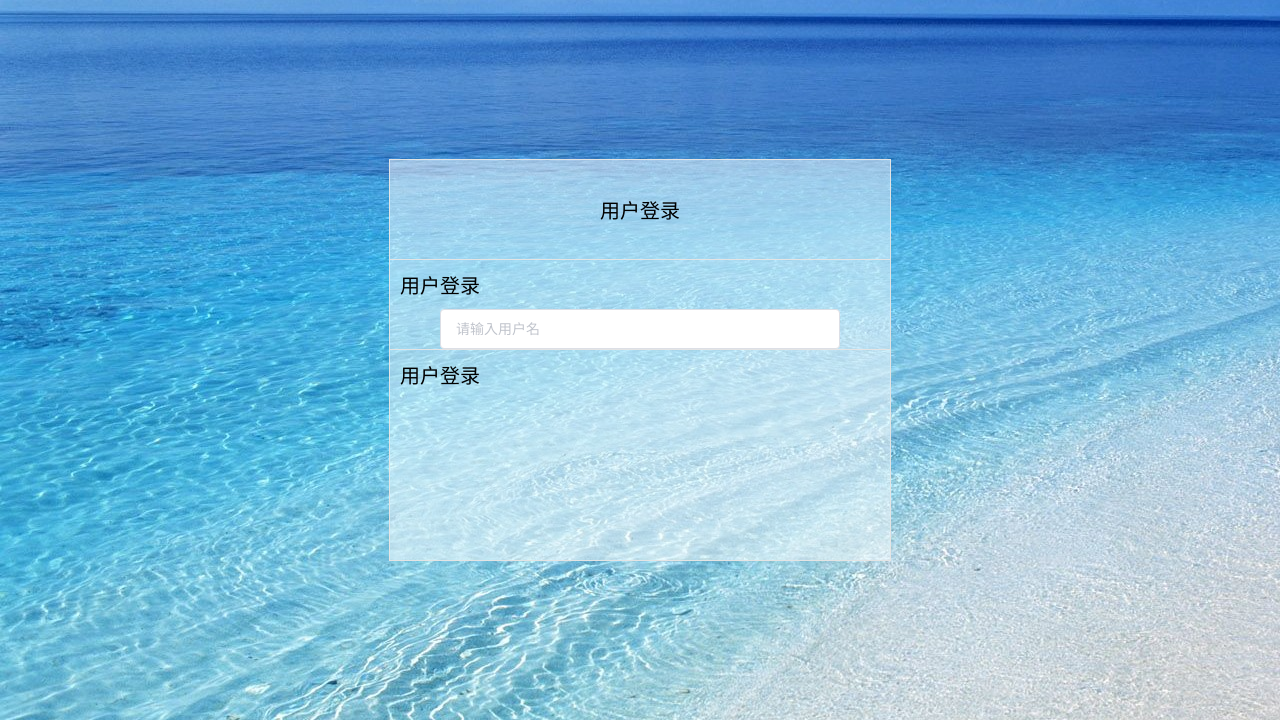
Repository: jinggegeZ/livechat
Page: /login
These files come from the project's save history. The page is drawn as it stood at one moment and after the next save; the edit follows.
The browser window is 1280 px wide. The pictures show the whole page.
The project was rebuilt for these pictures with package versions that can differ from the ones it lists, and the page was loaded fresh each time. Also part of the build but not shown: src/views/Home.vue.

Above is the page before, as saved 2020-08-17 15:16:03.

### src/main.js
import Vue from 'vue'
import App from './App.vue'
import router from './router'
import store from './store'
import ElementUI from 'element-ui';
import 'element-ui/lib/theme-chalk/index.css';

Vue.config.productionTip = false
Vue.use(ElementUI);
new Vue({
  router,
  store,
  render: h => h(App)

}).$mount('#app')

### src/App.vue
<template>
  <div id="app">

    <router-view/>
  </div>
</template>

<style lang="scss">
@import'../src/style/commoent'

</style>

### src/router/index.js
import Vue from 'vue'
import VueRouter from 'vue-router'
import Home from '../views/Home.vue'

Vue.use(VueRouter)

  const routes = [
  {
    path: '/',
    name: 'Home',
    component: Home
  },
  {
    path: '/login',
    name: 'login',
    component: () => import('../views/login.vue')
  }
]

const router = new VueRouter({
  mode: 'history',
  base: process.env.BASE_URL,
  routes
})

export default router

### src/style/commoent.css
*{
    margin: 0;
    padding: 0;
  }
  html {
    width: 100%;
    height: 100%;
  }
  #app {
    width: 100%;
    height: 100%;
  }
  body {
    width: 100%;
    height: 100%;
  }

### src/views/login.vue
<template>
  <div class="content">
    <div class="content-c">
      <div class="loginbox">
        <div class="username">用户登录</div>
        <!-- 用户登录 -->
        <div class="username1">用户登录</div>
        <!-- 用户名 -->
        <div class="input">
          <div class="inputbox">
            <el-input v-model="username" placeholder="请输入用户名"></el-input>
          </div>
        </div>
        <!-- 选择头像 -->
        <div class="username1">用户登录</div>
        <!-- 选择头像 -->
        <div class="imgbox"></div>
      </div>
    </div>
  </div>
</template>

<script>
export default {
  name: "",
  props: {},
  components: {},
  data() {
    return {
      username: "",
    };
  },
  methods: {},
  mounted() {},
  watch: {},
  computed: {},
};
</script>

<style scoped>
.content {
  width: 100%;
  height: 100%;
  display: flex;
  justify-content: center;
  align-items: center;
  background: url("../../public/image/02a28d595dea30839eeaa0fdd15dfce2.jpg")
    no-repeat;
  font-size: 20px;
}
.content-c {
  width: 100%;
  display: flex;
  justify-content: center;
  align-items: center;
}
.loginbox {
  width: 500px;
  height: 400px;
  border: 1px solid rgb(228, 228, 228);
  background: rgba(255, 255, 255, 0.5);
}
.username {
  width: 100%;
  height: 99px;
  display: flex;
  justify-content: center;
  align-items: center;
  border-bottom: 1px solid rgb(228, 228, 228);
}
.username1 {
  width: 100%;
  height: 49px;
  display: flex;
  justify-content: flex-start;
  align-items: center;
  margin-left: 10px;
}
.input {
  width: 100%;
  display: flex;
  justify-content: center;
  align-items: center;
  border-bottom: 1px solid rgb(228, 228, 228);
}
.inputbox {
  width: 80%;
}
.imgbox {
  width: 100%;
}
</style>

Loaded but not shown: public/index.html (common file); src/store/index.js (common file)

After the next save:
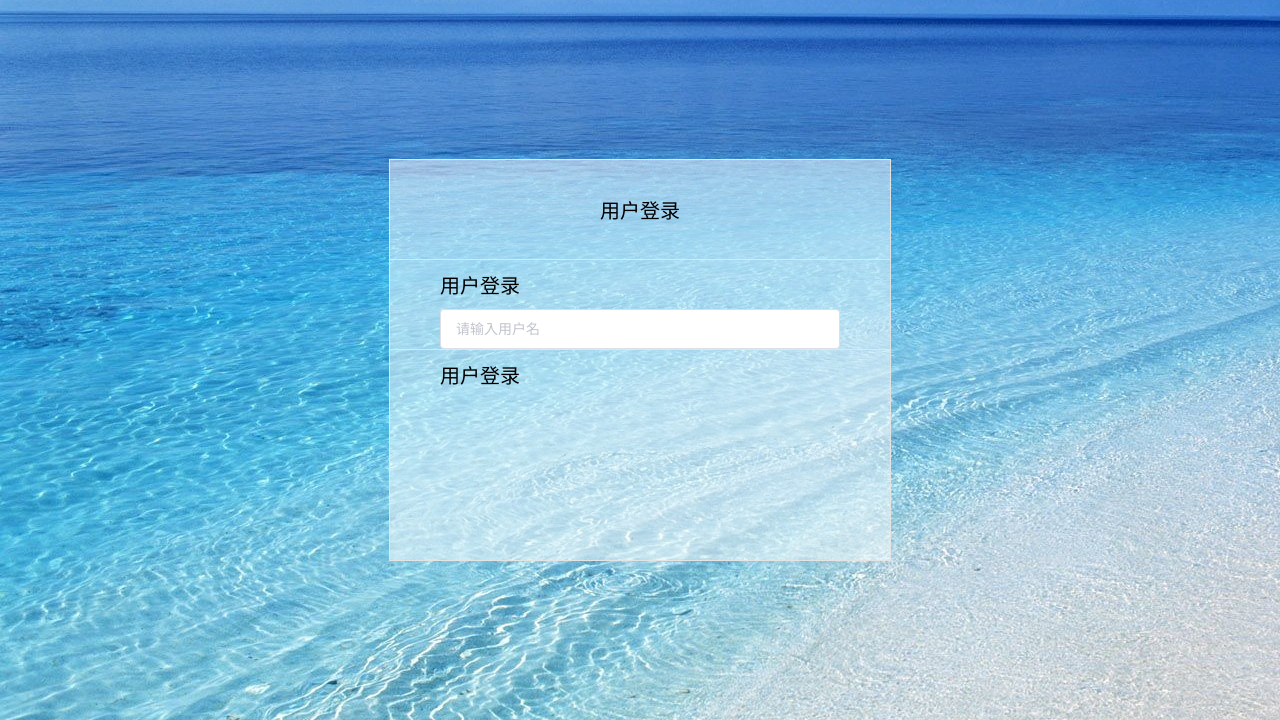
Saved 9 s later.
--- a/src/views/login.vue
+++ b/src/views/login.vue
@@ -74,7 +74,7 @@ export default {
   display: flex;
   justify-content: flex-start;
   align-items: center;
-  margin-left: 10px;
+  margin-left: 50px;
 }
 .input {
   width: 100%;
